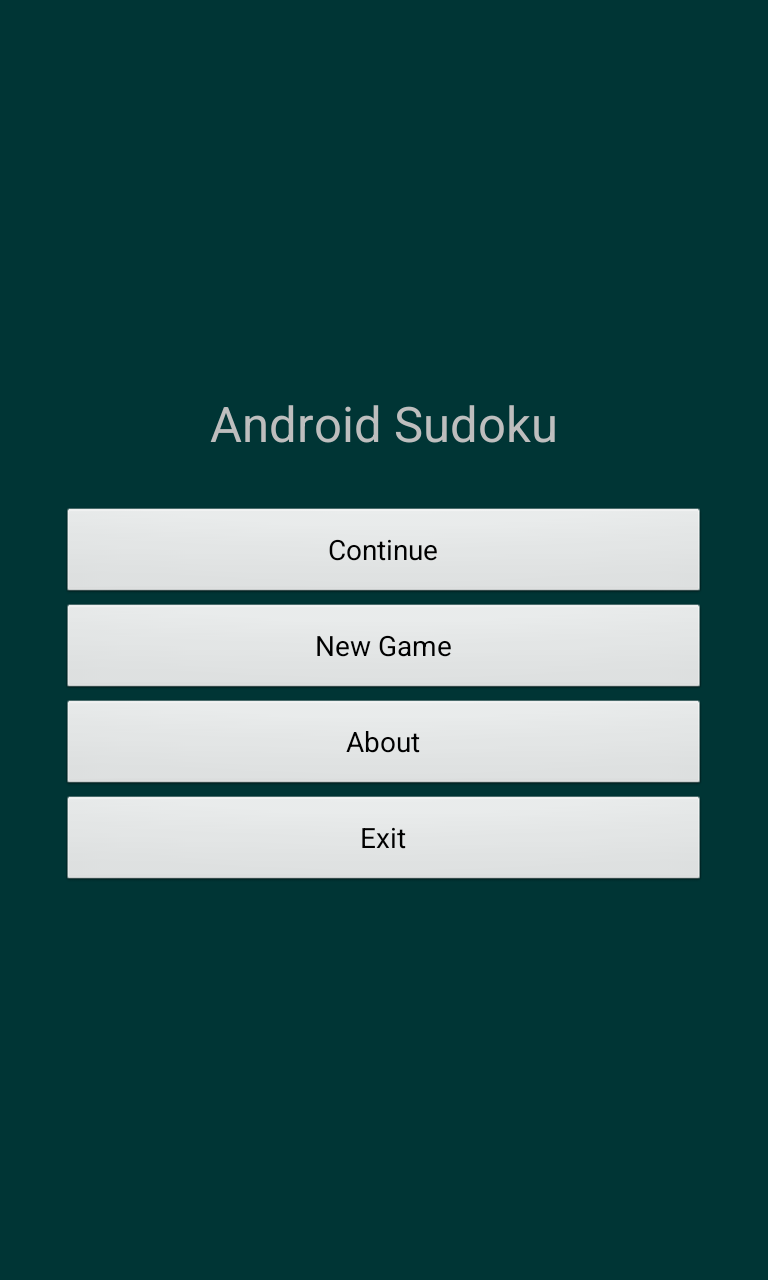
Repository: dkonov/workspace
Layout: sudoku/res/layout/main.xml
These files come from the project's save history. The layout is drawn as it stood at one moment and after the next save; the edit follows.
It is drawn on a 768 x 1280 px phone screen (xhdpi) without system bars, with theme android:Theme; the app's code is not run.

Above is the layout before, as saved 2011-12-01 10:57:32.

### sudoku/res/layout/main.xml
<?xml version="1.0" encoding="utf-8"?>
<LinearLayout
	xmlns:android="http://schemas.android.com/apk/res/android"
	android:background="@color/background"
	android:layout_height="fill_parent"
	android:layout_width="fill_parent"
	android:padding="30dip"
	android:orientation="horizontal" >
	<LinearLayout
		android:orientation="vertical"
		android:layout_height="wrap_content"
		android:layout_width="fill_parent"
		android:layout_gravity="center" >
	<TextView
		android:text="@string/main_title"
		android:layout_height="wrap_content"
		android:layout_width="wrap_content"
		android:layout_gravity="center"
		android:layout_marginBottom="25dip"
		android:textSize="24.5sp" />
	<Button
		android:id="@+id/continue_button"
		android:layout_width="fill_parent"
		android:layout_height="wrap_content"
		android:text="@string/continue_label" />
	<Button
		android:id="@+id/new_button"
		android:layout_width="fill_parent"
		android:layout_height="wrap_content"
		android:text="@string/new_game_label" />
	<Button
		android:id="@+id/about_button"
		android:layout_width="fill_parent"
		android:layout_height="wrap_content"
		android:text="@string/about_label" />
	<Button
		android:id="@+id/exit_button"
		android:layout_width="fill_parent"
		android:layout_height="wrap_content"
		android:text="@string/exit_label" />
	</LinearLayout>
</LinearLayout>

### sudoku/res/values/colors.xml
<?xml version="1.0" encoding="utf-8"?>
<resources>
    <color name="background">#3500ffff</color>
</resources>

### sudoku/res/values/strings.xml
<?xml version="1.0" encoding="utf-8"?>
<resources>
	<string name="app_name">Sudoku</string>
	<string name="main_title">Android Sudoku</string>
	<string name="continue_label">Continue</string>
	<string name="new_game_label">New Game</string>
	<string name="about_label">About</string>
	<string name="exit_label">Exit</string>
	<string name="about_title">About Android Sudoku</string>
	<string name="about_text">\
			Sudoku is a logic-based number placement puzzle.
			Starting with a partially completed 9x9 grid, the
			objective is to fill the grid so that each
			row, each column, and each of the 3x3 boxes
			(also called <i>blocks</i>) contains the digits
			1 to 9 exactly once.
	    </string>
	<string name="settings_label">Settings...</string>
	<string name="settings_title">Sudoku settings</string>
	<string name="settings_shortcut">s</string>
	<string name="music_title">Music</string>
	<string name="music_summary">Play background music</string>
	<string name="hints_title">Hints</string>
	<string name="hints_summary">Show hints during play</string>
	<string name="new_game_title">Difficulty</string>
	<string name="easy_label">Easy</string>
	<string name="medium_label">Medium</string>
	<string name="hard_label">Hard</string>
</resources>

After the next save:
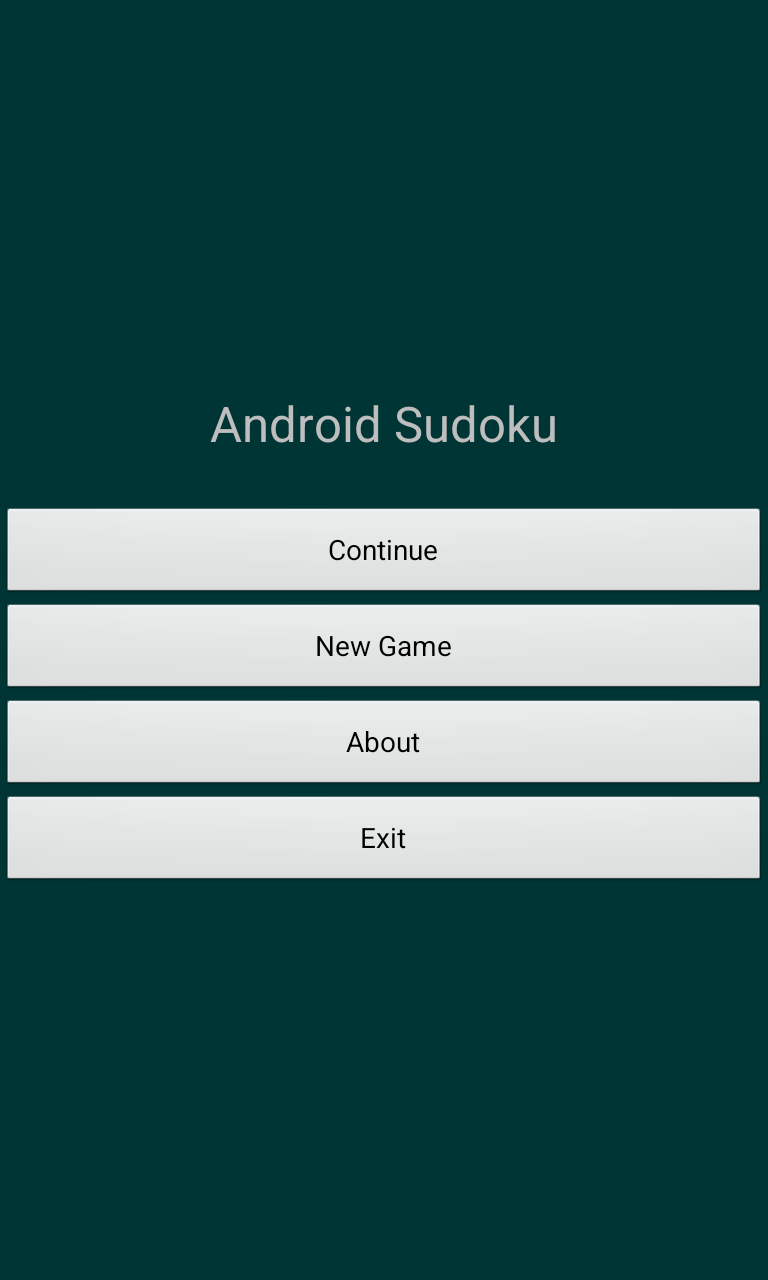
Saved 65 min 16 s later.
--- a/sudoku/res/layout/main.xml
+++ b/sudoku/res/layout/main.xml
@@ -4,7 +4,6 @@
 	android:background="@color/background"
 	android:layout_height="fill_parent"
 	android:layout_width="fill_parent"
-	android:padding="30dip"
 	android:orientation="horizontal" >
 	<LinearLayout
 		android:orientation="vertical"

After the save that followed:
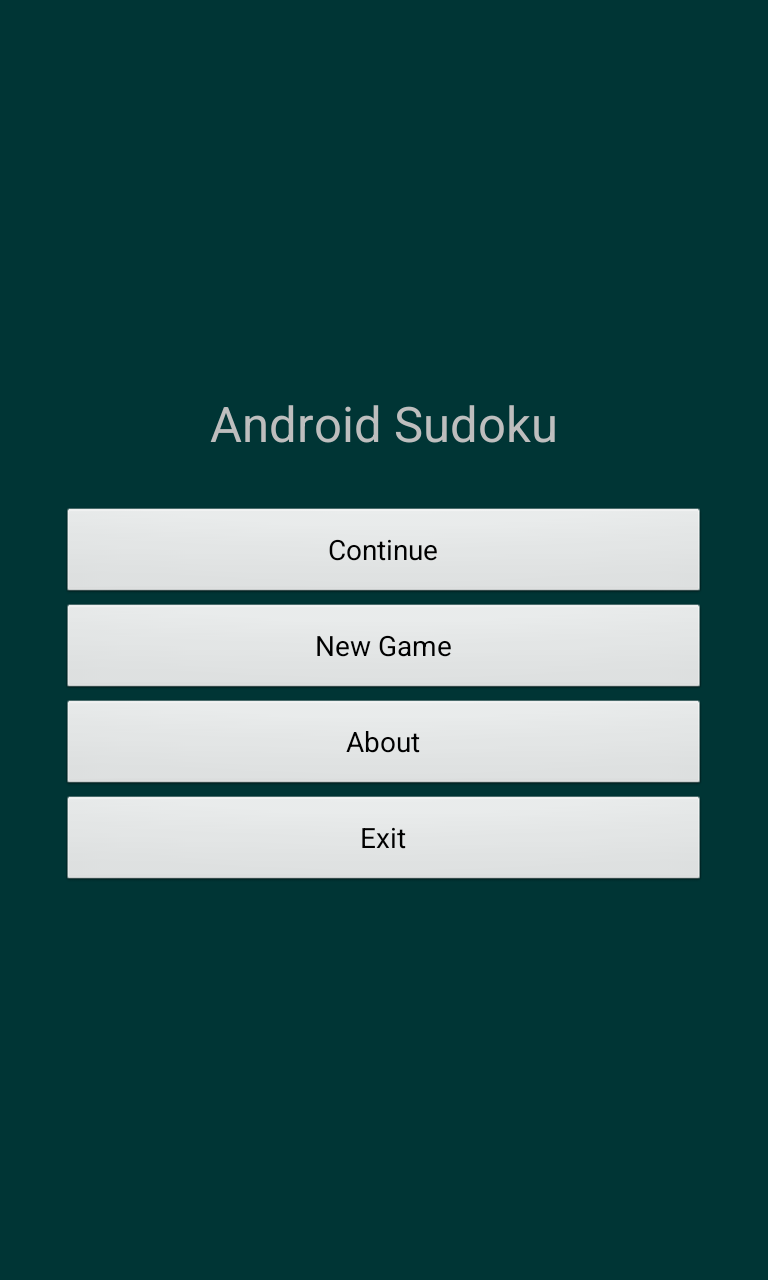
Saved 34 s later.
--- a/sudoku/res/layout/main.xml
+++ b/sudoku/res/layout/main.xml
@@ -4,6 +4,7 @@
 	android:background="@color/background"
 	android:layout_height="fill_parent"
 	android:layout_width="fill_parent"
+    android:padding="30dip"
 	android:orientation="horizontal" >
 	<LinearLayout
 		android:orientation="vertical"
